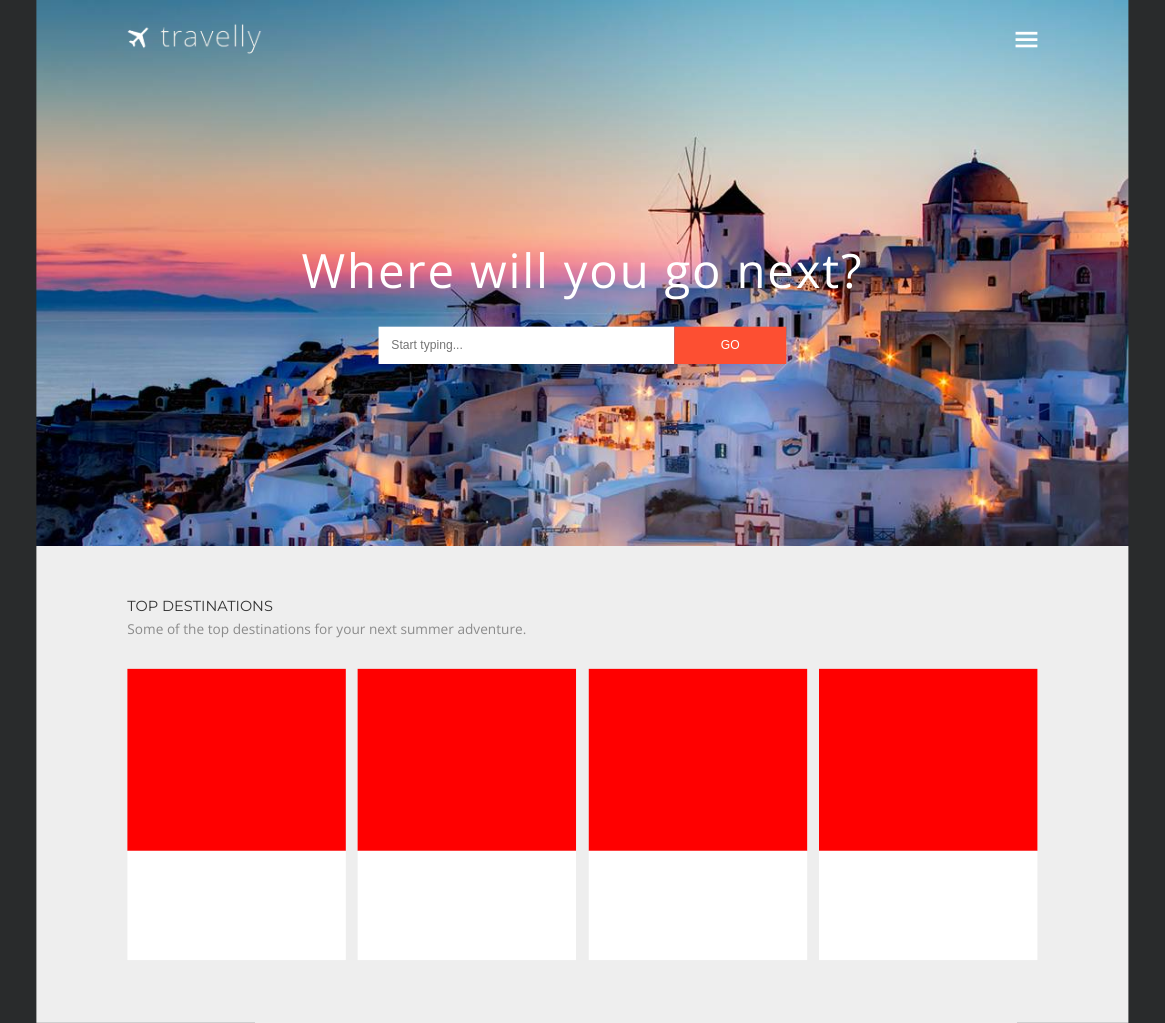
Repository: YusifHasanov/Web-Page-Template
Page: index.html
These files come from the project's save history. The page is drawn as it stood at one moment and after the next save; the edit follows.
The browser window is 1280 px wide. The pictures show the whole page, at 91% of full size.

Above is the page before, as saved 2021-12-05 21:24:43.

After the next save:
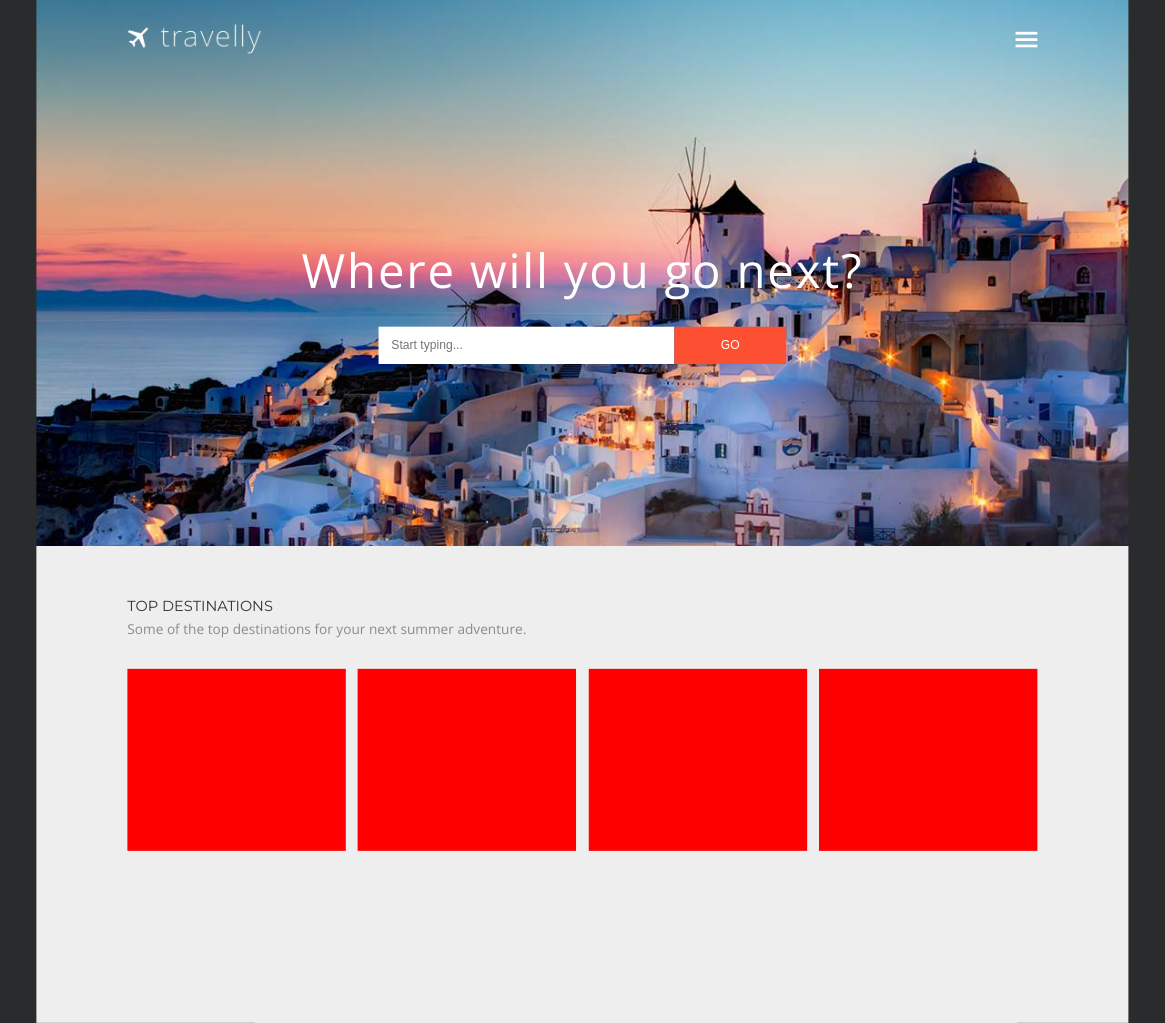
Saved 26 s later.
--- a/css/style.css
+++ b/css/style.css
@@ -122,4 +122,5 @@
 .down {
   height: 120px;
   background-color:white
+  border
 }

After the 4 saves that followed:
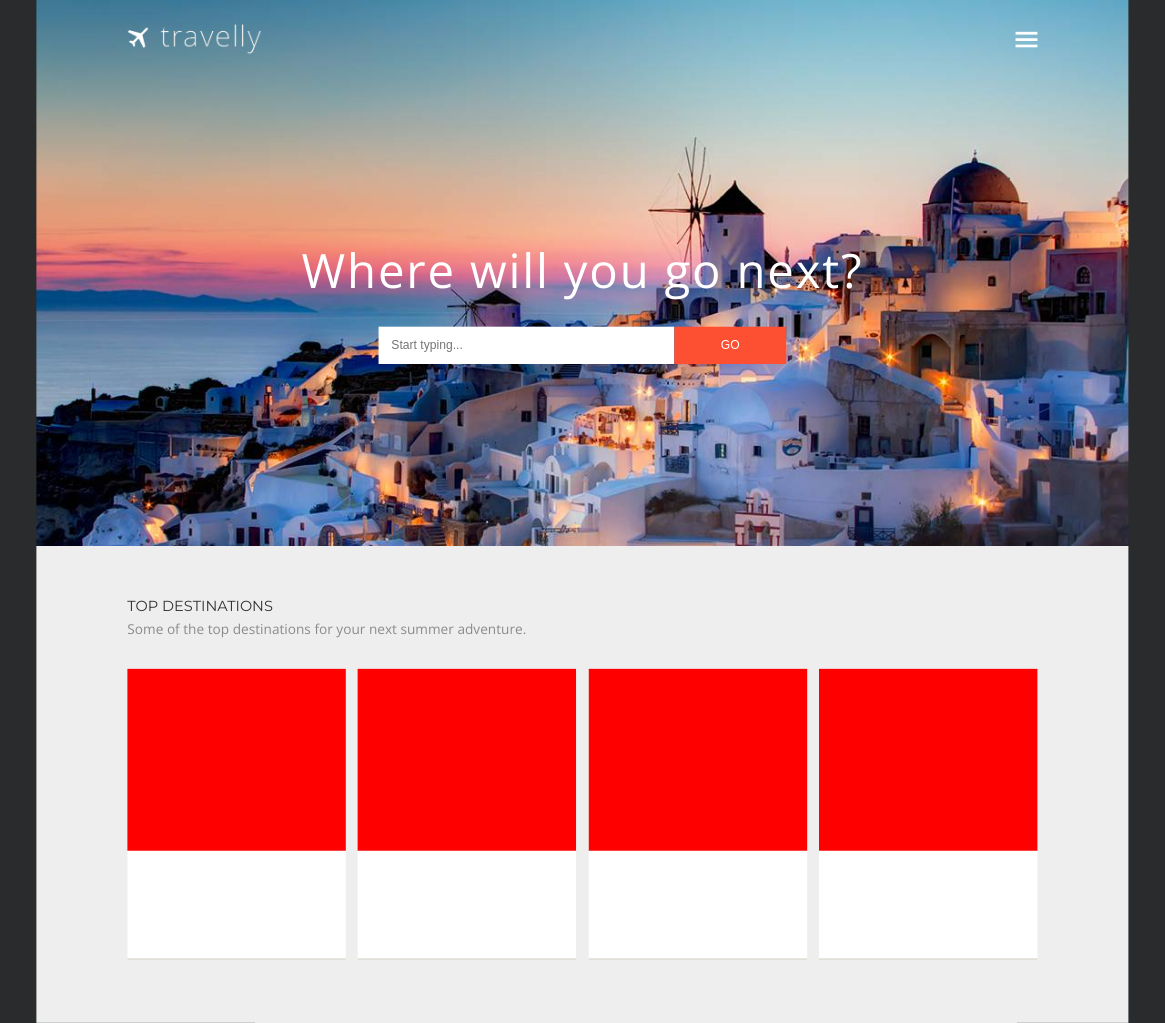
The 4 saves are shown as one change because they came seconds apart.
The last was saved 11 s later.
--- a/css/style.css
+++ b/css/style.css
@@ -121,6 +121,6 @@
 
 .down {
   height: 120px;
-  background-color:white
-  border
+  background-color:white;
+  border-bottom:2px solid #e1dfd8;
 }
